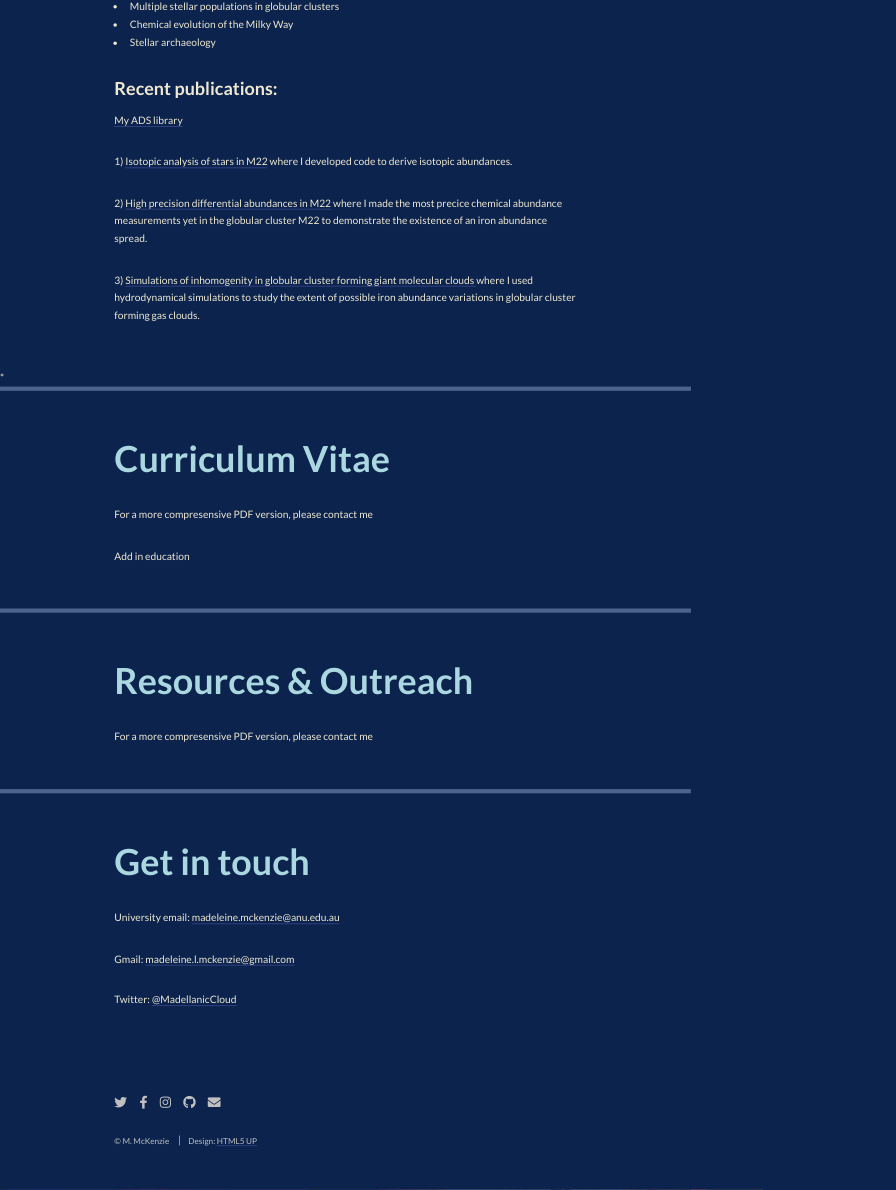
Repository: madeleine-mckenzie/madeleine-mckenzie.github.io
Page: index.html
An editor plug-in stored every save of this project. The page is shown before and after the next save, followed by the edit.
The browser window is 1280 px wide. The pictures show the part of the page from y = 1315 to 3235 px (the page is 3015 px tall before and 3235 px after), at 70% of full size.
Backgrounds fixed to the window are drawn as part of the page.

Above is the page before, as saved 2023-11-12 16:19:45.

After the next save:
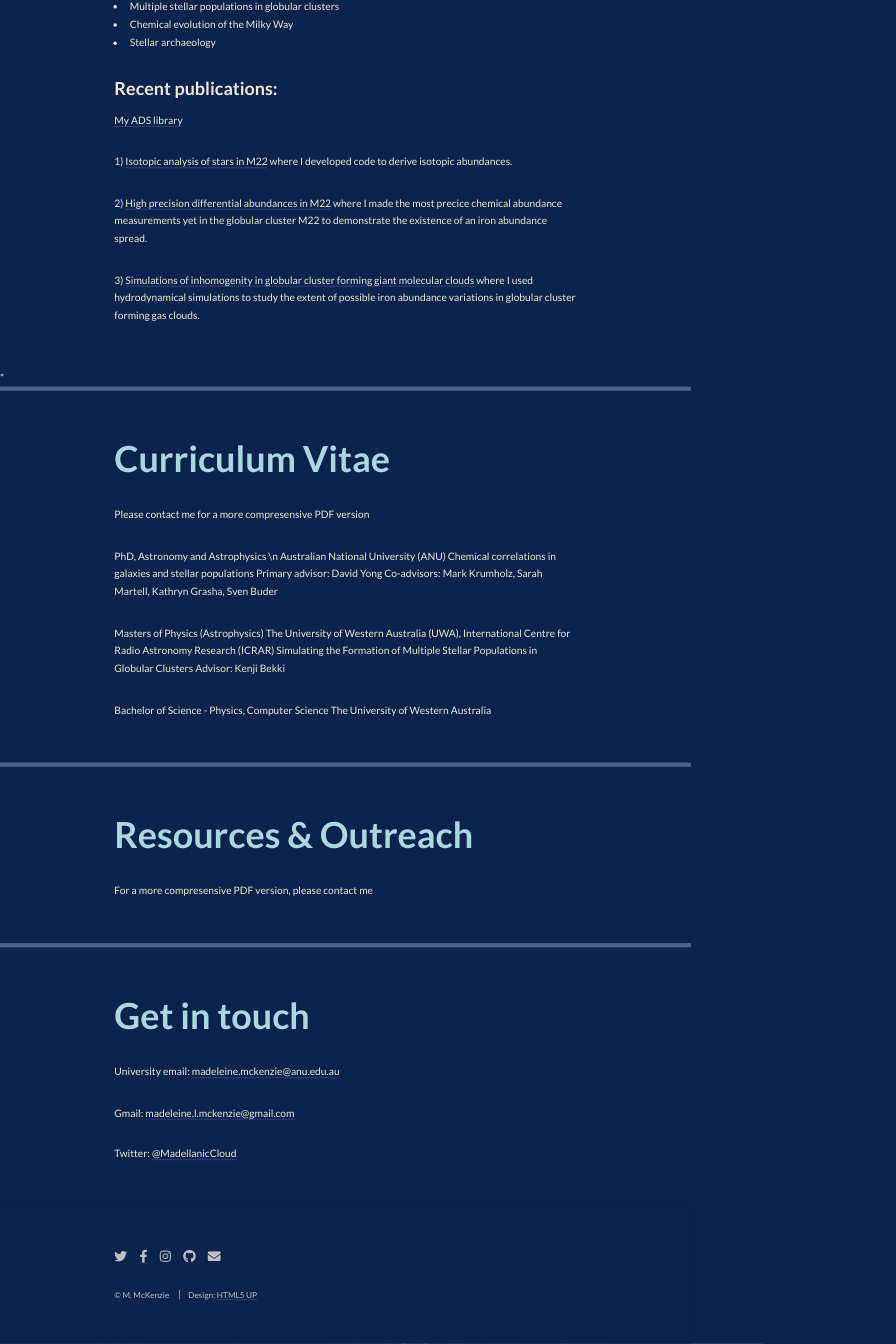
Saved 88 s later.
--- a/index.html
+++ b/index.html
@@ -101,9 +101,22 @@
                         <header class="major">
                             <h2>Curriculum Vitae</h2>
                         </header>
-                        <p>For a more compresensive PDF version, please contact me</p>
-                        <p>Add in education</p>
-                        <!-- Icons grid here -->
+                        <p>Please contact me for a more compresensive PDF version</p>
+                        <p>PhD, Astronomy and Astrophysics \n
+                            Australian National University (ANU)
+                            Chemical correlations in galaxies and stellar populations
+                            Primary advisor: David Yong
+                            Co-advisors: Mark Krumholz, Sarah Martell, Kathryn Grasha, Sven Buder
+                        </p>
+                        <p> Masters of Physics (Astrophysics)
+                            The University of Western Australia (UWA),
+                            International Centre for Radio Astronomy Research (ICRAR)
+                            Simulating the Formation of Multiple Stellar Populations in Globular Clusters Advisor: Kenji Bekki
+                        </p>
+                        <p> Bachelor of Science - Physics, Computer Science
+                            The University of Western Australia</p>
+                        </p>
+
                     </div>
                 </section>
 
